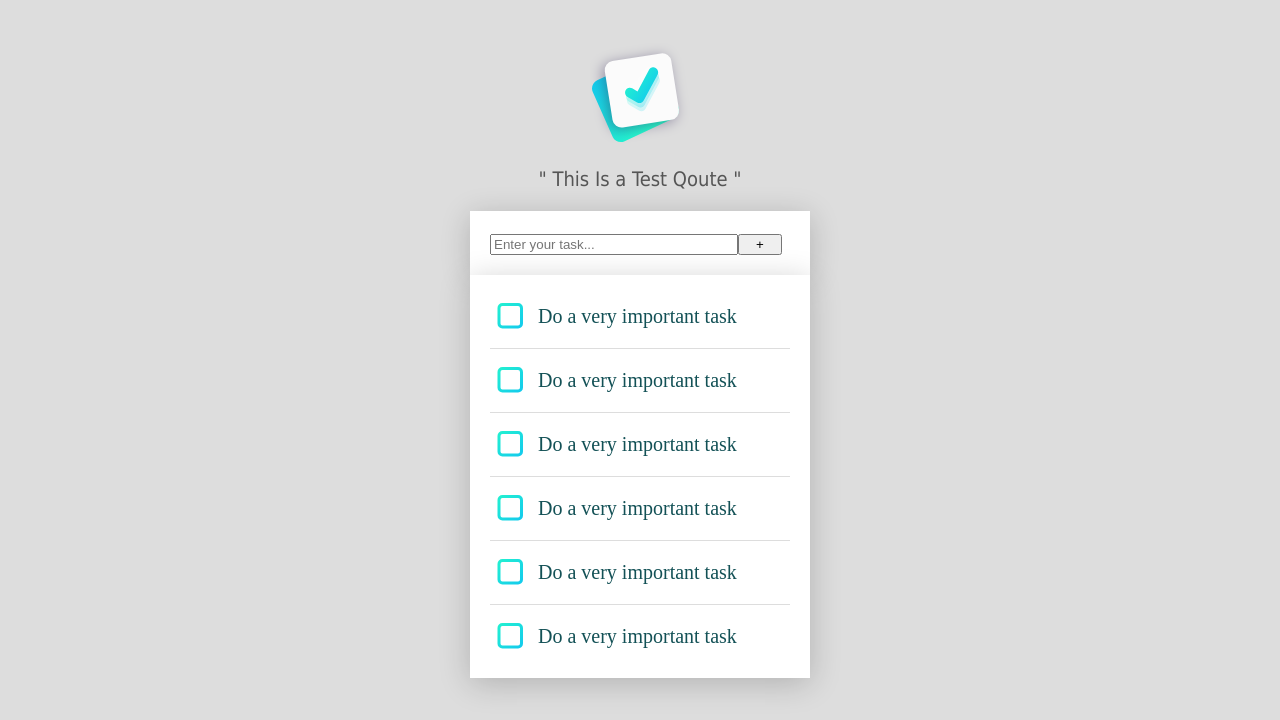
Repository: ahmedhamed15/React-Todo
Page: /
These files come from the project's save history. The page is drawn as it stood at one moment and after the next save; the edit follows.
The browser window is 1280 px wide. The pictures show the whole page.
The project was rebuilt for these pictures with package versions that can differ from the ones it lists, and the page was loaded fresh each time.

Above is the page before, as saved 2021-07-26 14:51:18.

### src/index.js
import React from 'react';
import ReactDOM from 'react-dom';
import './index.scss';
import App from './App';

ReactDOM.render(<App />,document.getElementById('root'));

### src/App.js
import MainLogo from "./components/MainLogo";
import Qoute from "./components/Qoute";
import TodoList from "./components/Todos/TodoList";

function App() {
  return (
    <section className="App">
      <MainLogo />
      <Qoute />
      <TodoList />
    </section>
  );
}

export default App;

### src/components/MainLogo/index.js
import "./style.scss"

const index = () => {
    return (
        <section className="main-logo">
            <svg width="100px" height="100px" viewBox="0 0 100 100" version="1.1" xmlns="http://www.w3.org/2000/svg" xmlnsXlink="http://www.w3.org/1999/xlink">
                <desc>Created with Sketch.</desc>
                <defs>
                <linearGradient x1="34.9523037%" y1="0%" x2="116.039609%" y2="115.484477%" id="linearGradient-1">
                    <stop stop-color="#27FDC7" offset="0%"></stop>
                    <stop stop-color="#0FC0F5" offset="100%"></stop>
                </linearGradient>
                <rect id="path-2" x="19.8783454" y="5.46149939" width="67.2578578" height="67.2008596" rx="8.99999976"></rect>
                <filter x="-35.7%" y="-28.3%" width="162.4%" height="162.5%" filterUnits="objectBoundingBox" id="filter-3">
                    <feOffset dx="-3" dy="2" in="SourceAlpha" result="shadowOffsetOuter1"></feOffset>
                    <feGaussianBlur stdDeviation="6.5" in="shadowOffsetOuter1" result="shadowBlurOuter1"></feGaussianBlur>
                    <feColorMatrix values="0 0 0 0 0.0296505968   0 0 0 0 0.0172602666   0 0 0 0 0.100446429  0 0 0 0.423177083 0" type="matrix" in="shadowBlurOuter1"></feColorMatrix>
                </filter>
                <linearGradient x1="0%" y1="0%" x2="115.291753%" y2="112.548614%" id="linearGradient-4">
                    <stop stop-color="#27FDC7" offset="0%"></stop>
                    <stop stop-color="#0FC0F5" offset="83.2001616%"></stop>
                    <stop stop-color="#27FDC7" offset="100%"></stop>
                </linearGradient>
                <path d="M40.2086259,6.21042694 C39.2480415,5.24152695 38.1027468,4.75708888 36.7727039,4.75708888 C35.4426658,4.75708888 34.3096854,5.24152695 33.3737297,6.21042694 L16.3049725,23.7622477 L12.0193093,19.3649757 C11.0833536,18.3960804 9.9503732,17.9116376 8.62033507,17.9116376 C7.29029269,17.9116376 6.14499751,18.3960804 5.1844131,19.3649757 C4.24845898,20.3338709 3.78048896,21.5077058 3.78048896,22.8865186 C3.78048896,24.2653314 4.24845898,25.4391663 5.1844131,26.4080615 L12.8690505,34.3082476 C13.8296349,35.2771428 14.9749296,35.7615833 16.3049725,35.7615833 C17.6350106,35.7615833 18.767991,35.2771428 19.7039467,34.3082476 L40.2086259,13.2535128 C41.1445816,12.2597758 41.61255,11.0797257 41.61255,9.71333379 C41.61255,8.34694665 41.1445816,7.17932216 40.2086259,6.21042694 Z" id="path-5"></path>
                <filter x="-51.5%" y="-62.9%" width="203.1%" height="225.8%" filterUnits="objectBoundingBox" id="filter-6">
                    <feOffset dx="0" dy="0" in="SourceAlpha" result="shadowOffsetOuter1"></feOffset>
                    <feGaussianBlur stdDeviation="6.5" in="shadowOffsetOuter1" result="shadowBlurOuter1"></feGaussianBlur>
                    <feColorMatrix values="0 0 0 0 1   0 0 0 0 1   0 0 0 0 1  0 0 0 0.588937953 0" type="matrix" in="shadowBlurOuter1"></feColorMatrix>
                </filter>
                </defs>
                <g id="Page-1" stroke="none" stroke-width="1" fill="none" fill-rule="evenodd">
                <g id="Artboard-2" transform="translate(-214.000000, -272.000000)">
                    <g id="Group-4" transform="translate(201.000000, 269.000000)">
                        <g id="Group-3" transform="translate(58.787474, 58.534712) rotate(-6.000000) translate(-58.787474, -58.534712) translate(5.642436, 5.434712)">
                            <g id="Group-2" transform="translate(52.899385, 53.035097) rotate(7.000000) translate(-52.899385, -53.035097) translate(5.609309, 5.785097)">
                            <path d="M20.0219734,15.1240886 L74.1829282,14.1930575 C79.1527566,14.1076258 83.2508546,18.0672116 83.3362864,23.03704 C83.3371726,23.0885978 83.3376158,23.1401624 83.3376158,23.1917278 L83.3376158,72.0429044 C83.3376158,76.9531616 79.4018358,80.9571794 74.4923039,81.0415747 L20.3313491,81.9726057 C15.3615207,82.0580374 11.2634227,78.0984516 11.1779909,73.1286232 C11.1771047,73.0770654 11.1766615,73.0255009 11.1766615,72.9739354 L11.1766615,24.1227589 C11.1766615,19.2125016 15.1124415,15.2084838 20.0219734,15.1240886 Z" id="Rectangle" fill="url(#linearGradient-1)" transform="translate(47.257139, 48.082832) scale(-1, -1) rotate(-25.000000) translate(-47.257139, -48.082832) "></path>
                            <g id="Rectangle" transform="translate(53.507274, 39.061929) rotate(-10.000000) translate(-53.507274, -39.061929) ">
                                <use fill="black" fill-opacity="1" filter="url(#filter-3)" xlinkHref="#path-2"></use>
                                <use fill="#FBFBFB" fill-rule="evenodd" xlinkHref="#path-2"></use>
                            </g>
                            </g>
                        </g>
                        <g id="Group-5" transform="translate(43.000000, 26.000000)">
                            <path d="M41.1093892,10.5623533 C40.1488048,9.59345333 39.0035101,9.10901526 37.6734673,9.10901526 C36.3434291,9.10901526 35.2104488,9.59345333 34.274493,10.5623533 L17.2057358,28.1141741 L12.9200727,23.716902 C11.9841169,22.7480068 10.8511366,22.263564 9.52109843,22.263564 C8.19105605,22.263564 7.04576086,22.7480068 6.08517646,23.716902 C5.14922234,24.6857973 4.68125232,25.8596322 4.68125232,27.238445 C4.68125232,28.6172578 5.14922234,29.7910927 6.08517646,30.7599879 L13.7698139,38.660174 C14.7303983,39.6290692 15.875693,40.1135096 17.2057358,40.1135096 C18.535774,40.1135096 19.6687543,39.6290692 20.6047101,38.660174 L41.1093892,17.6054392 C42.045345,16.6117022 42.5133134,15.4316521 42.5133134,14.0652602 C42.5133134,12.698873 42.045345,11.5312485 41.1093892,10.5623533 Z" id="Page-1" fill="url(#linearGradient-4)" opacity="0.3" transform="translate(23.597283, 24.611262) rotate(-16.000000) translate(-23.597283, -24.611262) "></path>
                            <path d="M42.0101526,14.2623533 C41.0495682,13.2934533 39.9042735,12.8090153 38.5742306,12.8090153 C37.2441925,12.8090153 36.1112121,13.2934533 35.1752564,14.2623533 L18.1064992,31.8141741 L13.820836,27.416902 C12.8848803,26.4480068 11.7518999,25.963564 10.4218618,25.963564 C9.09181941,25.963564 7.94652422,26.4480068 6.98593982,27.416902 C6.78271177,27.6272827 6.60154798,27.8473258 6.4424483,28.0770317 C5.8688243,28.9052219 5.58201568,29.8590202 5.58201568,30.938445 C5.58201568,32.3172578 6.04998569,33.4910927 6.98593982,34.4599879 L14.6705772,42.360174 C15.6311616,43.3290692 16.7764563,43.8135096 18.1064992,43.8135096 C19.4365373,43.8135096 20.5695177,43.3290692 21.5054734,42.360174 L42.0101526,21.3054392 C42.9461083,20.3117022 43.4140767,19.1316521 43.4140767,17.7652602 C43.4140767,16.398873 42.9461083,15.2312485 42.0101526,14.2623533 Z" id="Page-1" fill="url(#linearGradient-4)" opacity="0.2" transform="translate(24.498046, 28.311262) rotate(-16.000000) translate(-24.498046, -28.311262) "></path>
                            <g id="Page-1" transform="translate(22.696519, 20.259336) rotate(-16.000000) translate(-22.696519, -20.259336) ">
                            <use fill="black" fill-opacity="1" filter="url(#filter-6)" xlinkHref="#path-5"></use>
                            <use fill="url(#linearGradient-4)" fill-rule="evenodd" xlinkHref="#path-5"></use>
                            </g>
                        </g>
                    </g>
                </g>
                </g>
            </svg>
        </section>
    )
}

export default index

### src/components/Qoute/index.js
import "./style.scss"

const index = () => {
    return (
        <section className="qoute">
            <blockquote> This Is a Test Qoute </blockquote>
        </section>
    )
}

export default index

### src/components/Todos/TodoList/index.js
import TodoItem from "../TodoItem";
import TodoFrom from "../TodoForm";
import "./style.scss"

const index = () => {
    return (
        <section className="todos-list">

            {/* General SVG code for checkbox */}
            <svg viewBox="0 0 0 0" style={ {position: 'absolute', zIndex: '-1', opacity: '0'} }>
                <defs>
                <linearGradient id="boxGradient" gradientUnits="userSpaceOnUse" x1="0" y1="0" x2="25" y2="25">
                    <stop offset="0%"   stop-color="#27FDC7"/>
                    <stop offset="100%" stop-color="#0FC0F5"/>
                </linearGradient>

                <linearGradient id="lineGradient">
                    <stop offset="0%"    stop-color="#0FC0F5"/>
                    <stop offset="100%"  stop-color="#27FDC7"/>
                </linearGradient>

                <path id="todo__line" stroke="url(#lineGradient)" d="M21 12.3h168v0.1z"></path>
                <path id="todo__box" stroke="url(#boxGradient)" d="M21 12.7v5c0 1.3-1 2.3-2.3 2.3H8.3C7 20 6 19 6 17.7V7.3C6 6 7 5 8.3 5h10.4C20 5 21 6 21 7.3v5.4"></path>
                <path id="todo__check" stroke="url(#boxGradient)" d="M10 13l2 2 5-5"></path>
                <circle id="todo__circle" cx="13.5" cy="12.5" r="10"></circle>
                </defs>
            </svg>


            {/* Todo From */}
            <TodoFrom />

            {/* Todos List */}
            <div className="todo-list">
                <TodoItem />
                <TodoItem />
                <TodoItem />
                <TodoItem />
                <TodoItem />
                <TodoItem />
            </div>

        </section>
    )
}

export default index

### src/components/MainLogo/style.scss
.main-logo {
    text-align: center;
}

### src/components/Qoute/style.scss
.qoute {
    text-align: center;
    blockquote {
        font: {
            size: 20px;
            family: 'tahoma', arial;
            weight: 500;
        }
        color: #555;
        &::after,
        &::before {
            content: ' " ';
        }
    }
}

### src/components/Todos/TodoItem/index.js
import "./style.scss"

const index = () => {
    return (
        <label className="todo">
            <input className="todo__state" type="checkbox" />

            <svg xmlns="http://www.w3.org/2000/svg" xmlnsXlink="http://www.w3.org/1999/xlink" viewBox="0 0 200 25" className="todo__icon">
                <use xlinkHref="#todo__line" className="todo__line"></use>
                <use xlinkHref="#todo__box" className="todo__box"></use>
                <use xlinkHref="#todo__check" className="todo__check"></use>
                <use xlinkHref="#todo__circle" className="todo__circle"></use>
            </svg>

            <div className="todo__text">Do a very important task</div>

        </label>
    )
}

export default index

### src/components/Todos/TodoForm/index.js
import "./style.scss";

const index = () => {
    return (
        <form className="todo-form">
            <input type="text" className="todo-form__input-type" placeholder="Enter your task..." />
            <button type="submit" className="todo-form__button-type"> + </button>
        </form>
    )
}

export default index

### src/components/Todos/TodoList/style.scss
.todo-list {
    background: #FFF;
    font-size: 20px;
    max-width: 15em;
    margin: auto;
    padding: 0.5em 1em;
    box-shadow: 0 5px 30px rgba(0, 0, 0, 0.2);
}

### src/components/Todos/TodoItem/style.scss
  .todo {
    display: block;
    position: relative;
    padding: 1em 1em 1em 16%;
    margin: 0 auto;
    cursor: pointer;
    border-bottom: solid 1px #ddd;
  }
  .todo:last-child {
    border-bottom: none;
  }
  .todo__state {
    position: absolute;
    top: 0;
    left: 0;
    opacity: 0;
  }
  .todo__text {
    color: #135156;
    transition: all 0.4s linear 0.4s;
  }
  .todo__icon {
    position: absolute;
    top: 0;
    bottom: 0;
    left: 0;
    width: 100%;
    height: auto;
    margin: auto;
    fill: none;
    stroke: #27FDC7;
    stroke-width: 2;
    stroke-linejoin: round;
    stroke-linecap: round;
  }
  .todo__line,
  .todo__box,
  .todo__check {
    transition: stroke-dashoffset 0.8s cubic-bezier(0.9, 0, 0.5, 1);
  }
  .todo__circle {
    stroke: #27FDC7;
    stroke-dasharray: 1 6;
    stroke-width: 0;
    transform-origin: 13.5px 12.5px;
    transform: scale(0.4) rotate(0deg);
    -webkit-animation: none 0.8s linear;
            animation: none 0.8s linear;
  }
  @-webkit-keyframes explode {
    30% {
      stroke-width: 3;
      stroke-opacity: 1;
      transform: scale(0.8) rotate(40deg);
    }
    100% {
      stroke-width: 0;
      stroke-opacity: 0;
      transform: scale(1.1) rotate(60deg);
    }
  }
  @keyframes explode {
    30% {
      stroke-width: 3;
      stroke-opacity: 1;
      transform: scale(0.8) rotate(40deg);
    }
    100% {
      stroke-width: 0;
      stroke-opacity: 0;
      transform: scale(1.1) rotate(60deg);
    }
  }
  .todo__box {
    stroke-dasharray: 56.1053, 56.1053;
    stroke-dashoffset: 0;
    transition-delay: 0.16s;
  }
  .todo__check {
    stroke: #27FDC7;
    stroke-dasharray: 9.8995, 9.8995;
    stroke-dashoffset: 9.8995;
    transition-duration: 0.32s;
  }
  .todo__line {
    stroke-dasharray: 168, 1684;
    stroke-dashoffset: 168;
  }
  .todo__circle {
    -webkit-animation-delay: 0.56s;
            animation-delay: 0.56s;
    -webkit-animation-duration: 0.56s;
            animation-duration: 0.56s;
  }
  .todo__state:checked ~ .todo__text {
    transition-delay: 0s;
    color: #5EBEC1;
    opacity: 0.6;
  }
  .todo__state:checked ~ .todo__icon .todo__box {
    stroke-dashoffset: 56.1053;
    transition-delay: 0s;
  }
  .todo__state:checked ~ .todo__icon .todo__line {
    stroke-dashoffset: -8;
  }
  .todo__state:checked ~ .todo__icon .todo__check {
    stroke-dashoffset: 0;
    transition-delay: 0.48s;
  }
  .todo__state:checked ~ .todo__icon .todo__circle {
    -webkit-animation-name: explode;
            animation-name: explode;
  }
  html {
    background: #ddd;
  }
  html {
    height: 100%;
    display: flex;
  }
  body {
    width: 100%;
    margin: auto;
  }

### src/components/Todos/TodoForm/style.scss
.todo-form {
    background: #FFF;
    font-size: 20px;
    max-width: 15em;
    margin: auto;
    padding: 1em;
    box-shadow: 0 5px 30px rgba(0, 0, 0, 0.2);
    .todo-form__input-type {
        width: 80%;
    }
    .todo-form__button-type {
        width: calc(20% - 1rem)
    }
}

Loaded but not shown: public/index.html (common file); src/index.scss (common file)

After the next save:
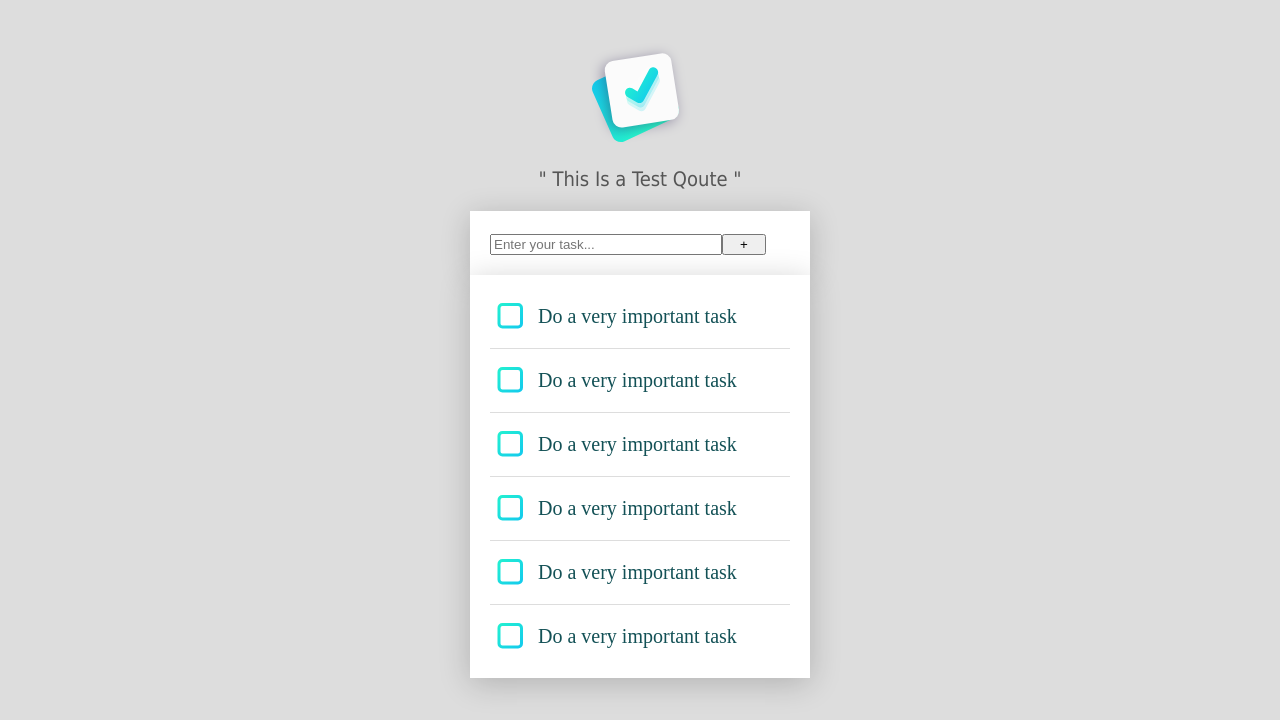
Saved 11 s later.
--- a/src/components/Todos/TodoForm/style.scss
+++ b/src/components/Todos/TodoForm/style.scss
@@ -6,7 +6,7 @@
     padding: 1em;
     box-shadow: 0 5px 30px rgba(0, 0, 0, 0.2);
     .todo-form__input-type {
-        width: 80%;
+        width: calc(80% - 1rem);
     }
     .todo-form__button-type {
         width: calc(20% - 1rem)

After the save that followed:
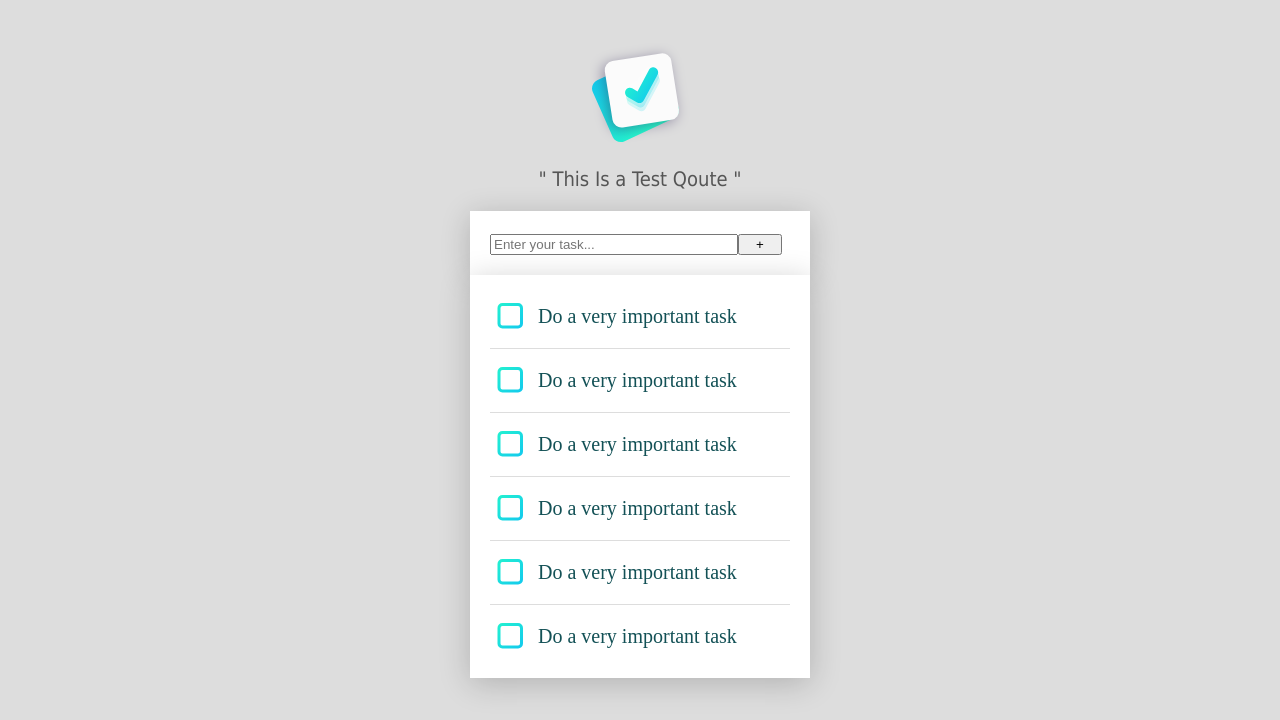
Saved 9 s later.
--- a/src/components/Todos/TodoForm/style.scss
+++ b/src/components/Todos/TodoForm/style.scss
@@ -6,7 +6,7 @@
     padding: 1em;
     box-shadow: 0 5px 30px rgba(0, 0, 0, 0.2);
     .todo-form__input-type {
-        width: calc(80% - 1rem);
+        width: calc(80%);
     }
     .todo-form__button-type {
         width: calc(20% - 1rem)
